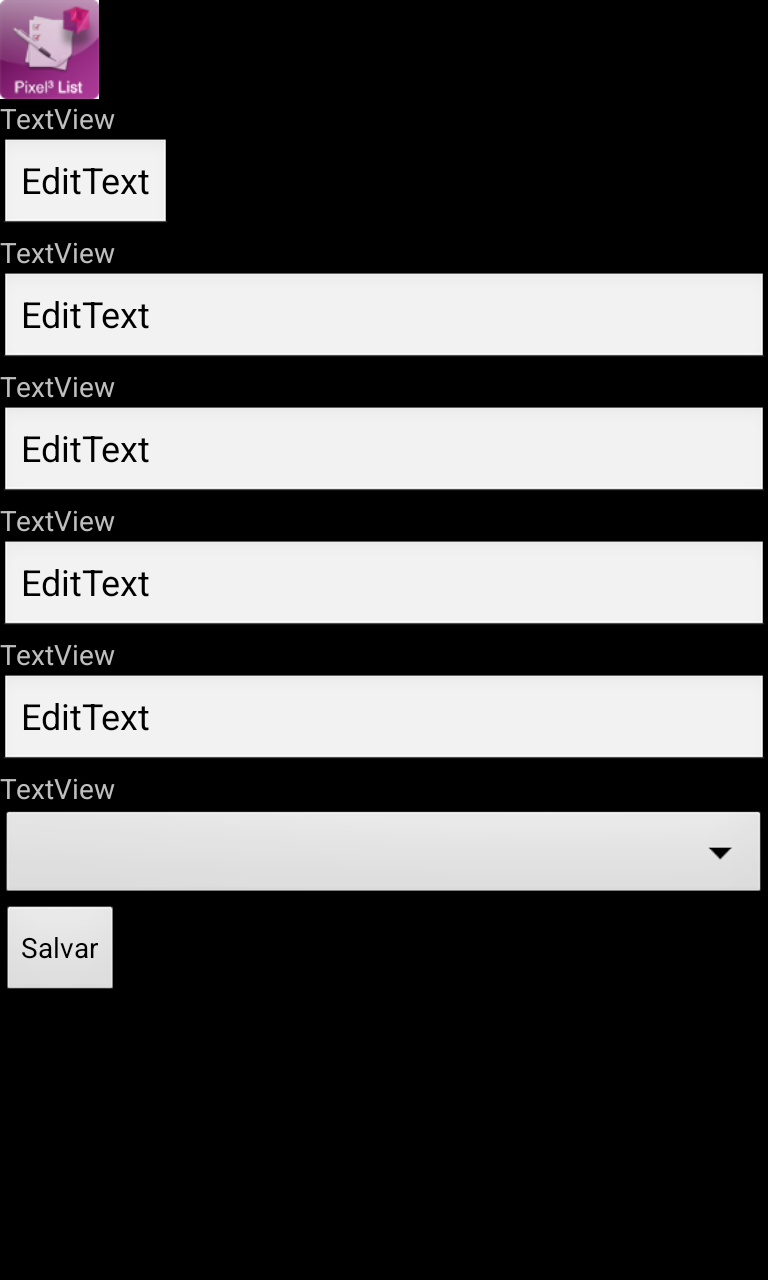
Repository: pixel3mobi/listaDigital
Layout: Pixel3List/res/layout/meusdados.xml
An editor plug-in stored every save of this project. The layout is shown before and after the next save, followed by the edit.
It is drawn on a 768 x 1280 px phone screen (xhdpi) without system bars, with theme android:Theme; the app's code is not run.

Above is the layout before, as saved 2011-03-22 03:34:30.

### Pixel3List/res/layout/meusdados.xml
<?xml version="1.0" encoding="utf-8"?>
<RelativeLayout
  xmlns:android="http://schemas.android.com/apk/res/android"
  android:layout_width="fill_parent"
  android:layout_height="fill_parent">
    <ImageView android:src="@drawable/icon" android:id="@+id/imageView1" android:layout_width="wrap_content" android:layout_height="wrap_content" android:layout_alignParentTop="true"></ImageView>
    <ScrollView android:layout_below="@+id/imageView1"  android:layout_alignLeft="@+id/imageView1" android:layout_width="fill_parent" android:layout_height="fill_parent">
	    <LinearLayout android:orientation="vertical" android:id="@+id/linearLayout1" android:layout_width="fill_parent" android:layout_height="wrap_content">
	        <TextView android:text="TextView" android:id="@+id/textView1" android:layout_width="wrap_content" android:layout_height="wrap_content"></TextView>
	        <EditText android:layout_height="wrap_content" android:text="EditText" android:id="@+id/editText1" android:layout_width="wrap_content"></EditText>
	        <TextView android:text="TextView" android:id="@+id/textView2" android:layout_width="wrap_content" android:layout_height="wrap_content"></TextView>
	        <EditText android:layout_height="wrap_content" android:text="EditText" android:id="@+id/editText2" android:layout_width="fill_parent"></EditText>
	        <TextView android:text="TextView" android:id="@+id/textView3" android:layout_width="wrap_content" android:layout_height="wrap_content"></TextView>
	        <EditText android:layout_height="wrap_content" android:text="EditText" android:id="@+id/editText3" android:layout_width="fill_parent"></EditText>
	        <TextView android:text="TextView" android:id="@+id/textView4" android:layout_width="wrap_content" android:layout_height="wrap_content"></TextView>
	        <EditText android:layout_height="wrap_content" android:text="EditText" android:id="@+id/editText4" android:layout_width="fill_parent"></EditText>
	        <TextView android:text="TextView" android:id="@+id/textView5" android:layout_width="wrap_content" android:layout_height="wrap_content"></TextView>
	        <EditText android:layout_height="wrap_content" android:text="EditText" android:id="@+id/editText5" android:layout_width="fill_parent"></EditText>
	        <TextView android:text="TextView" android:id="@+id/textView7" android:layout_width="wrap_content" android:layout_height="wrap_content"></TextView>
	        <Spinner android:layout_height="wrap_content" android:layout_width="fill_parent" android:id="@+id/spinner1"></Spinner>
	        <Button android:text="Salvar" android:id="@+id/btnSalvar" android:layout_width="wrap_content" android:layout_height="wrap_content"></Button>
	    </LinearLayout>
    </ScrollView>
</RelativeLayout>

After the next save:
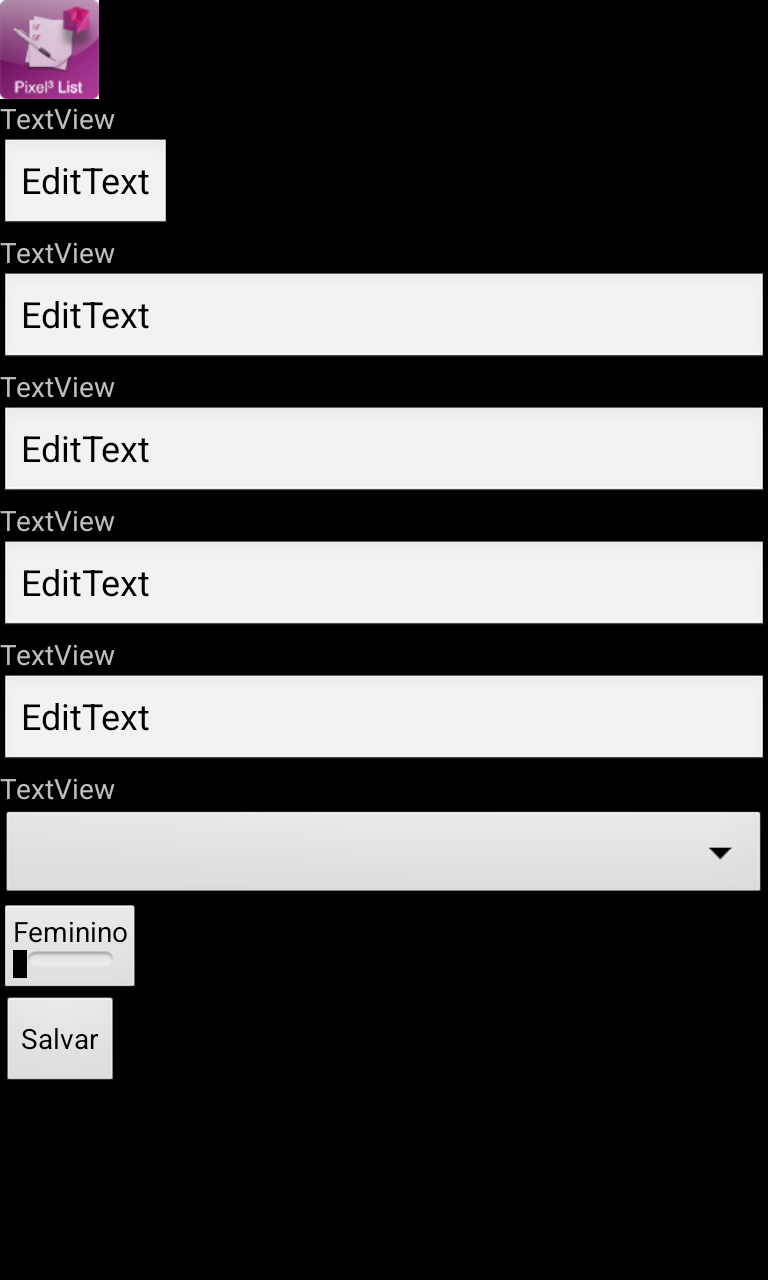
Saved 66 s later.
--- a/Pixel3List/res/layout/meusdados.xml
+++ b/Pixel3List/res/layout/meusdados.xml
@@ -18,6 +18,7 @@
 	        <EditText android:layout_height="wrap_content" android:text="EditText" android:id="@+id/editText5" android:layout_width="fill_parent"></EditText>
 	        <TextView android:text="TextView" android:id="@+id/textView7" android:layout_width="wrap_content" android:layout_height="wrap_content"></TextView>
 	        <Spinner android:layout_height="wrap_content" android:layout_width="fill_parent" android:id="@+id/spinner1"></Spinner>
+	        <ToggleButton android:textOn="Masculino" android:textOff="Feminino" android:id="@+id/toggleButton1" android:layout_width="wrap_content" android:layout_height="wrap_content"></ToggleButton>
 	        <Button android:text="Salvar" android:id="@+id/btnSalvar" android:layout_width="wrap_content" android:layout_height="wrap_content"></Button>
 	    </LinearLayout>
     </ScrollView>
